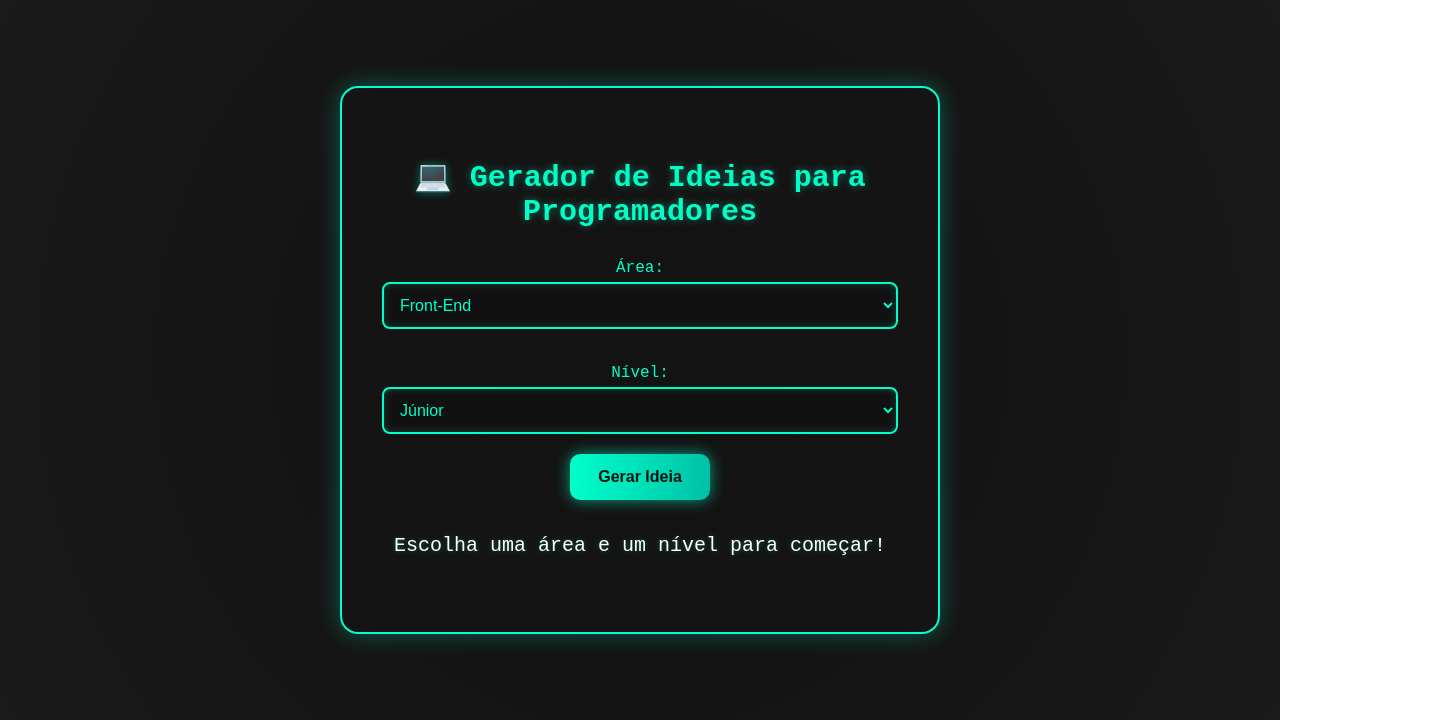
Repository: Wbyh7z/gerador-de-projeto
Page: index.html
An editor plug-in stored every save of this project. The page is shown before and after the next save, followed by the edit.
The browser window is 1280 px wide. The page is 1280 px wide, then 1439 px, so the pictures cover 1439 px, including what lies to the right of the window. The pictures show the whole page.
Some web fonts or font styles are not loaded; a fallback is used.

Above is the page before, as saved 2025-08-08 19:15:58.

After the next save:
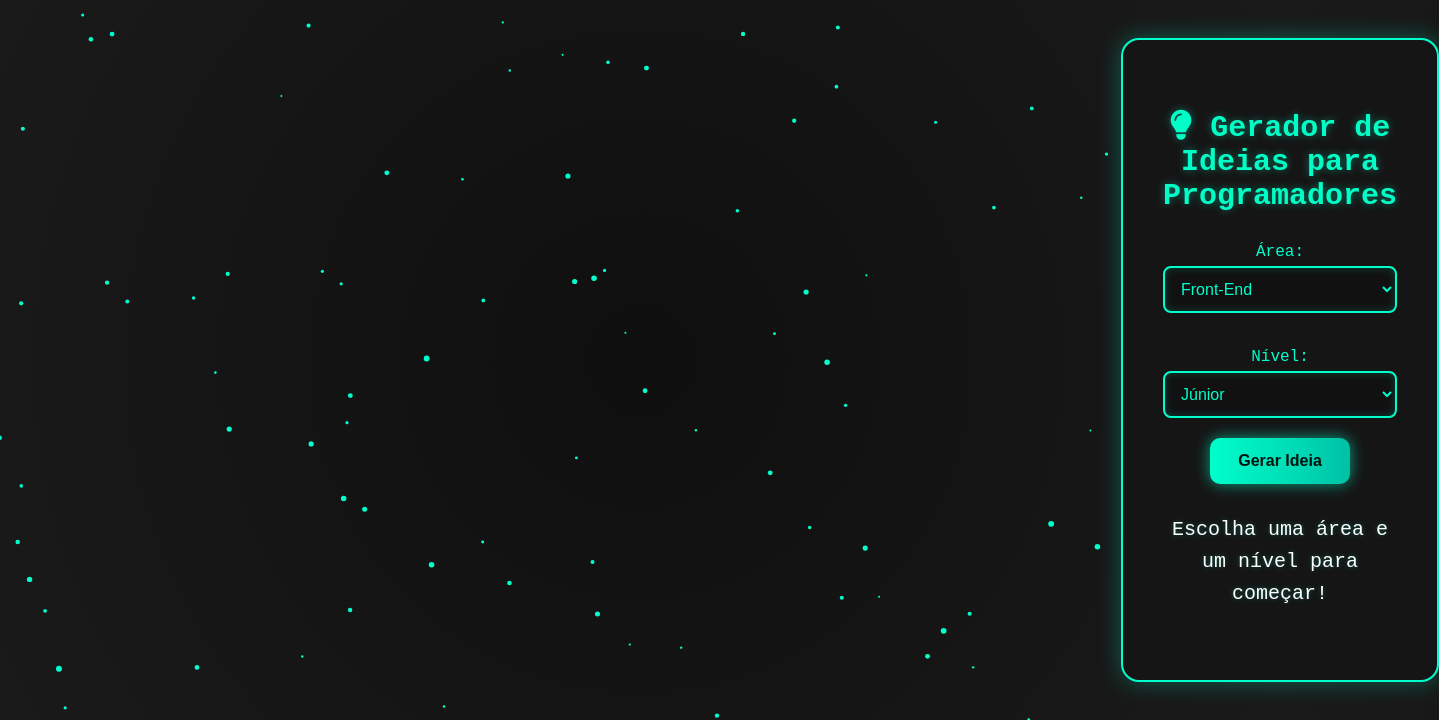
Saved 9 min 37 s later.
--- a/index.html
+++ b/index.html
@@ -7,8 +7,12 @@
   <link rel="stylesheet" href="https://cdnjs.cloudflare.com/ajax/libs/font-awesome/6.4.0/css/all.min.css">
 </head>
 <body>
+
+  <!-- Fundo animado -->
+  <canvas id="bgCanvas"></canvas>
+
   <div class="container">
-    <h1>💻 Gerador de Ideias para Programadores</h1>
+    <h1><i class="fas fa-lightbulb"></i> Gerador de Ideias para Programadores</h1>
 
     <label for="area">Área:</label>
     <select id="area">
@@ -28,6 +32,50 @@
     <p id="ideia">Escolha uma área e um nível para começar!</p>
   </div>
 
+  <!-- Script do gerador -->
   <script src="script.js"></script>
+
+  <!-- Script do fundo animado -->
+  <script>
+    const canvas = document.getElementById('bgCanvas');
+    const ctx = canvas.getContext('2d');
+    canvas.width = window.innerWidth;
+    canvas.height = window.innerHeight;
+
+    let particles = [];
+
+    for (let i = 0; i < 100; i++) {
+      particles.push({
+        x: Math.random() * canvas.width,
+        y: Math.random() * canvas.height,
+        radius: Math.random() * 2 + 1,
+        dx: (Math.random() - 0.5) * 0.5,
+        dy: (Math.random() - 0.5) * 0.5
+      });
+    }
+
+    function draw() {
+      ctx.clearRect(0, 0, canvas.width, canvas.height);
+      ctx.fillStyle = '#00ffcc';
+      particles.forEach(p => {
+        ctx.beginPath();
+        ctx.arc(p.x, p.y, p.radius, 0, Math.PI * 2);
+        ctx.fill();
+        p.x += p.dx;
+        p.y += p.dy;
+
+        if (p.x < 0 || p.x > canvas.width) p.dx *= -1;
+        if (p.y < 0 || p.y > canvas.height) p.dy *= -1;
+      });
+      requestAnimationFrame(draw);
+    }
+
+    draw();
+
+    window.addEventListener('resize', () => {
+      canvas.width = window.innerWidth;
+      canvas.height = window.innerHeight;
+    });
+  </script>
 </body>
 </html>
